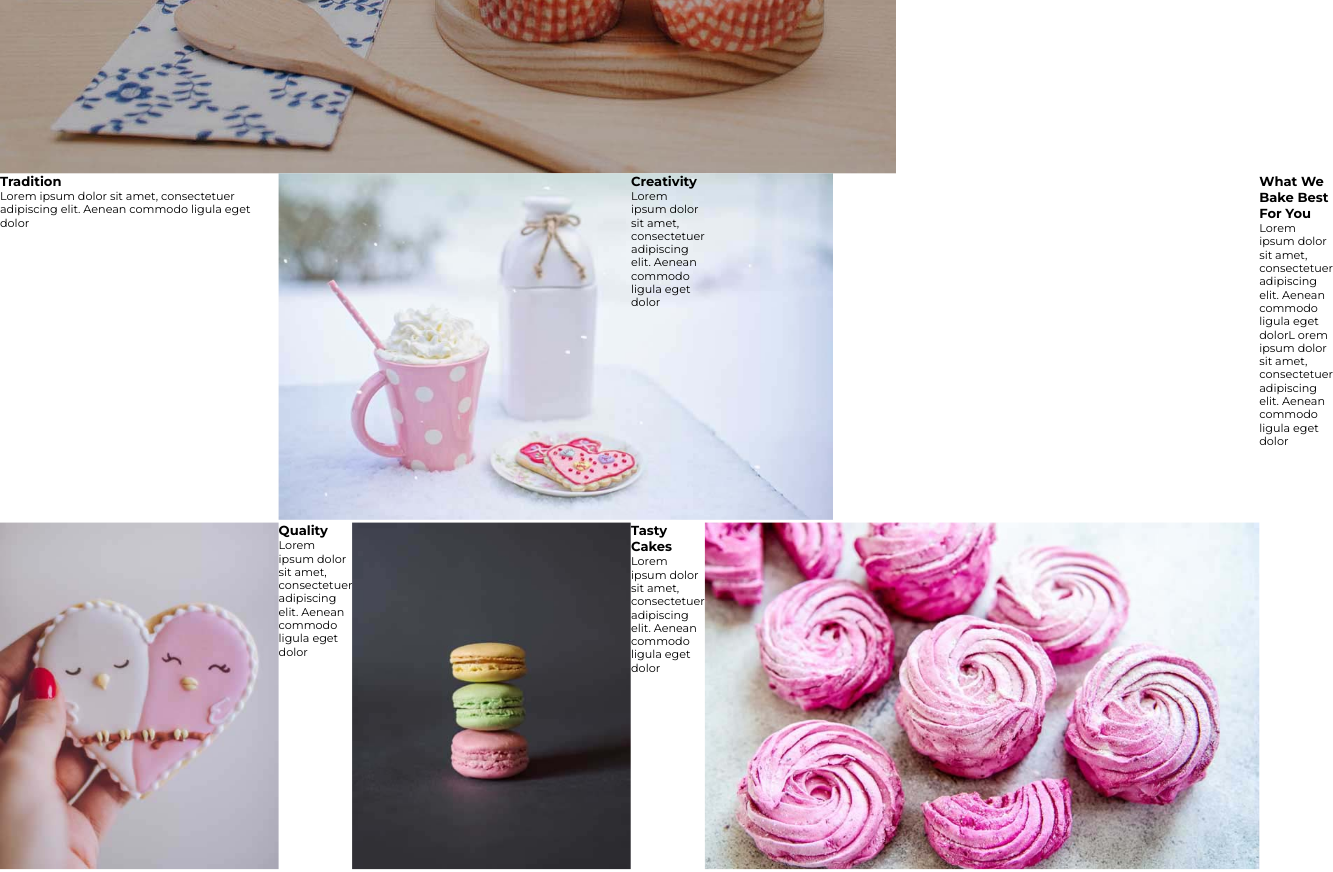
Repository: giahuy405/Bake
Page: index.html
These files come from the project's save history. The page is drawn as it stood at one moment and after the next save; the edit follows.
The browser window is 1280 px wide. The page is 1904 px wide, then 1432 px, so the pictures cover 1904 px, including what lies to the right of the window. The pictures show the part of the page from y = 622 to 1902 px (the page is 1867 px tall before and 2366 px after), at 70% of full size.

Above is the page before, as saved 2022-09-13 15:14:35.

After the next save:
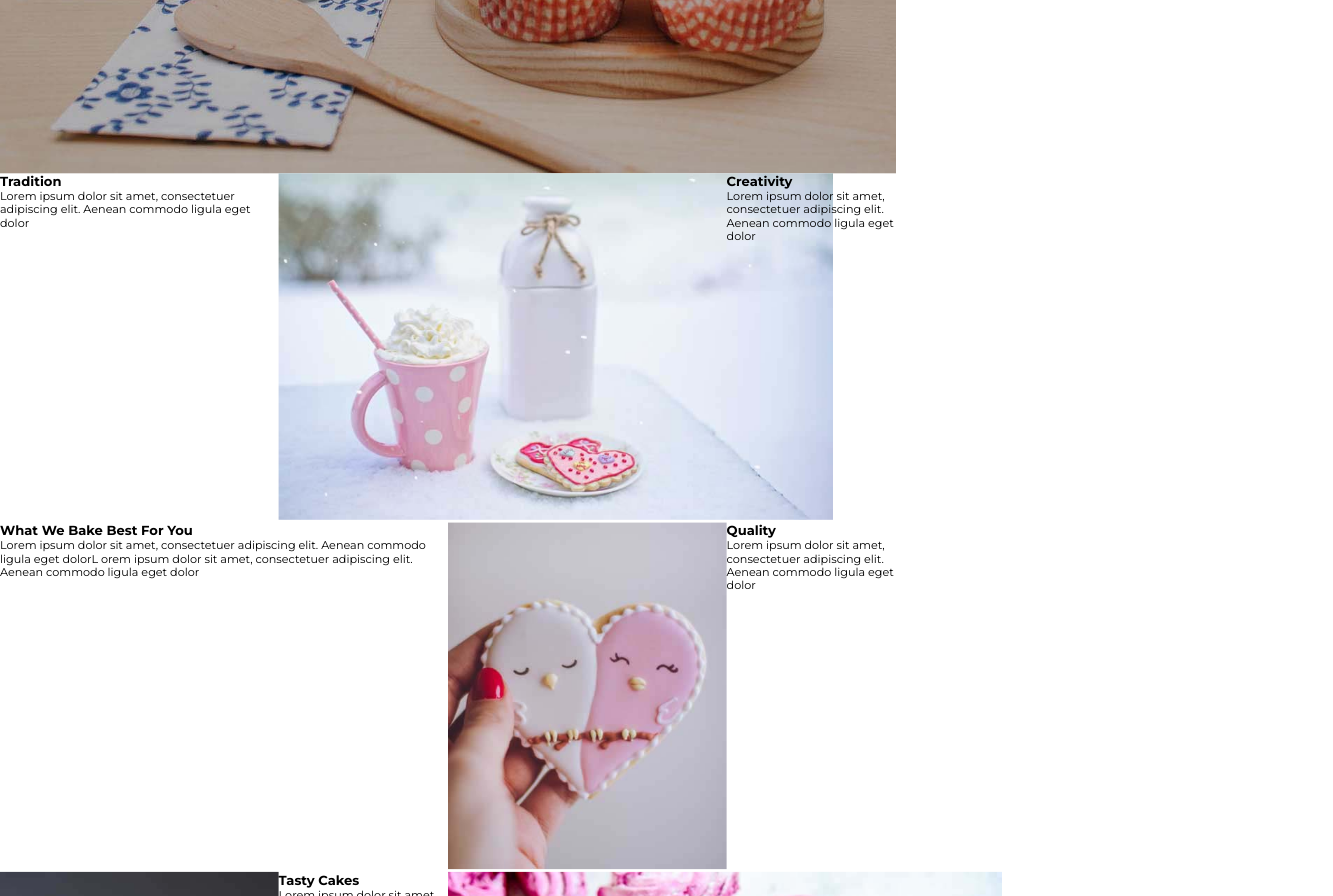
Saved 92 s later.
--- a/css/index.css
+++ b/css/index.css
@@ -83,5 +83,8 @@
     grid-column: 2 / span 2;
 }
 .intro__item:nth-child(4){
-    grid-column: 9/ span 2;
+    grid-column: 1 / span 2;
 }
+.intro__item:nth-child(9){
+    grid-column:  3 / span 2;
+}
